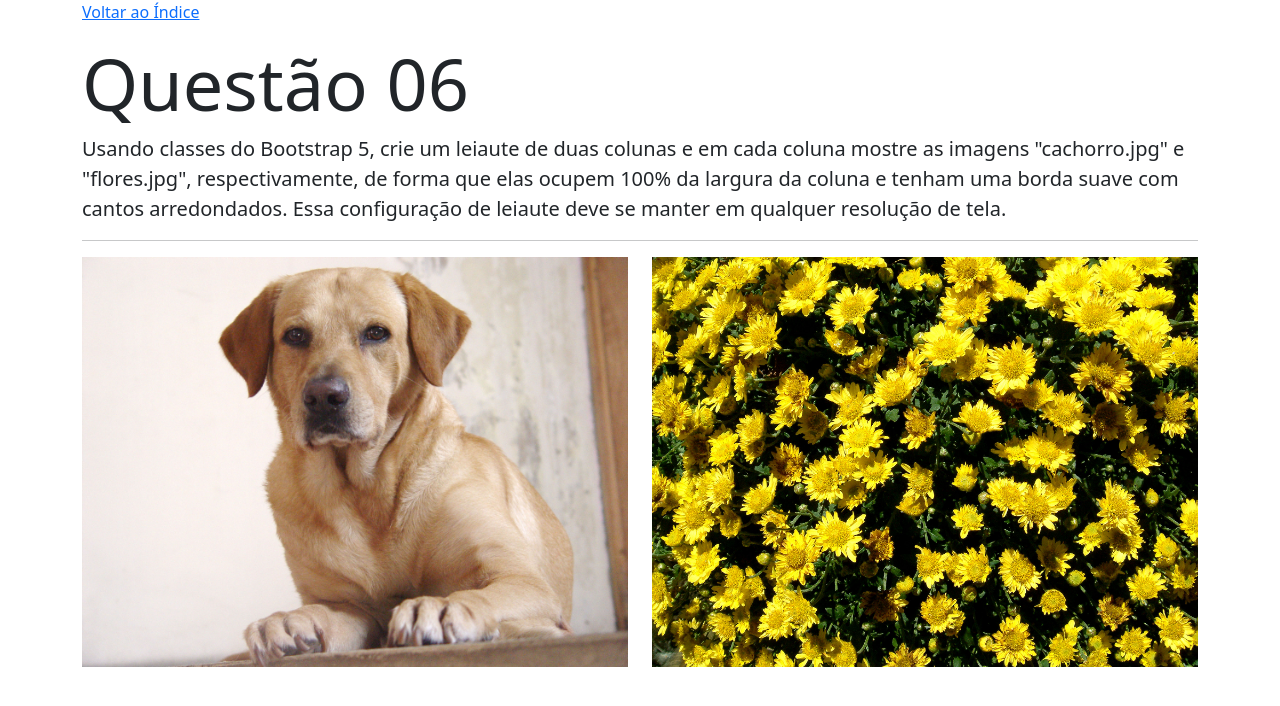
Repository: In-Game-full/Reprograme-se
Page: S-6-InicioBootstrap5/Atividade-pratica-da-semana-1-de-Bootstrap-5-In-Game-full/questao06.html
The author's editor kept a copy of each file at every save. The page is drawn from the files as they stood at one save, then again after a run of saves.
The browser window is 1280 px wide. The pictures show the whole page.

Above is the page before, as saved 2023-08-28 21:45:32.

After the next 2 saves:
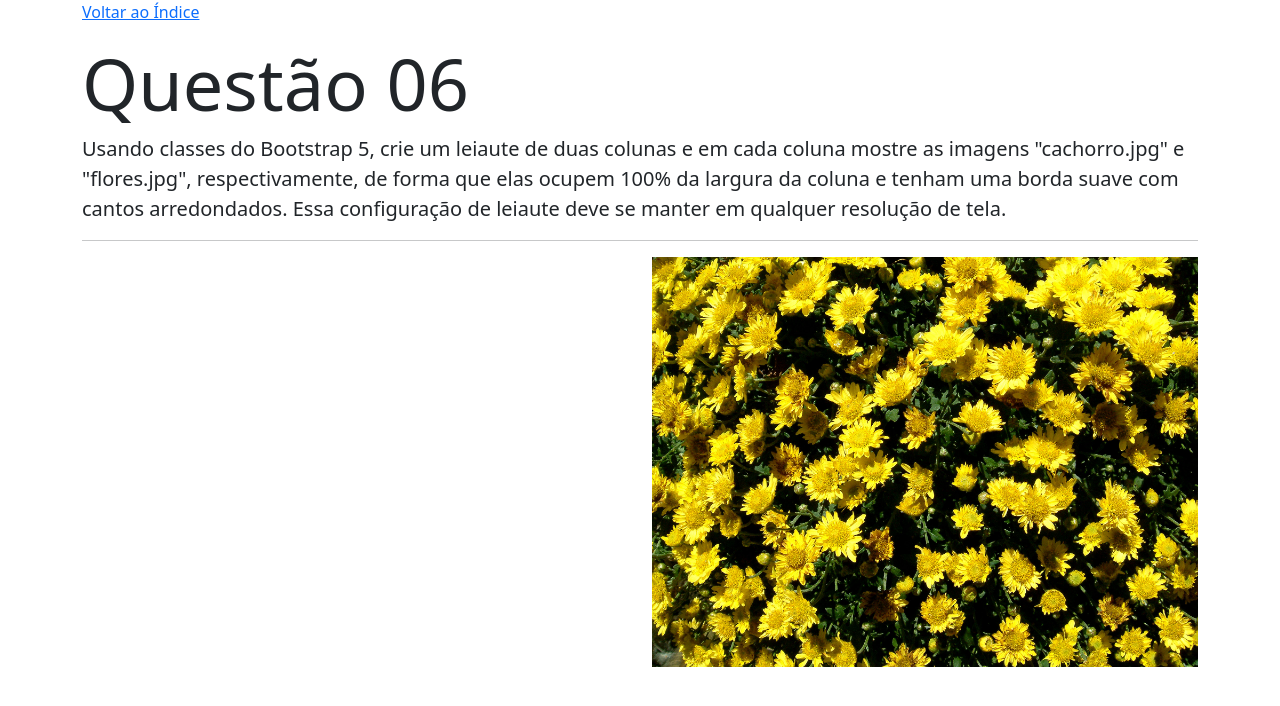
The 2 saves are shown as one change because they came seconds apart.
The last was saved 9 s later.
--- a/S-6-InicioBootstrap5/Atividade-pratica-da-semana-1-de-Bootstrap-5-In-Game-full/questao06.html
+++ b/S-6-InicioBootstrap5/Atividade-pratica-da-semana-1-de-Bootstrap-5-In-Game-full/questao06.html
@@ -25,7 +25,7 @@
 
         <div class="row">
             <div class=" col-6">
-                <img class="img-fluid img-rounded" src="./cachorro.jpg" alt="">
+                <img class="img-fluid img-thumbnailrc="./cachorro.jpg" alt="">
             </div>
             <div class=" col-6 ">
                 <img class="img-fluid img-rounded" src="./flores.jpg" alt="">

After the save that followed:
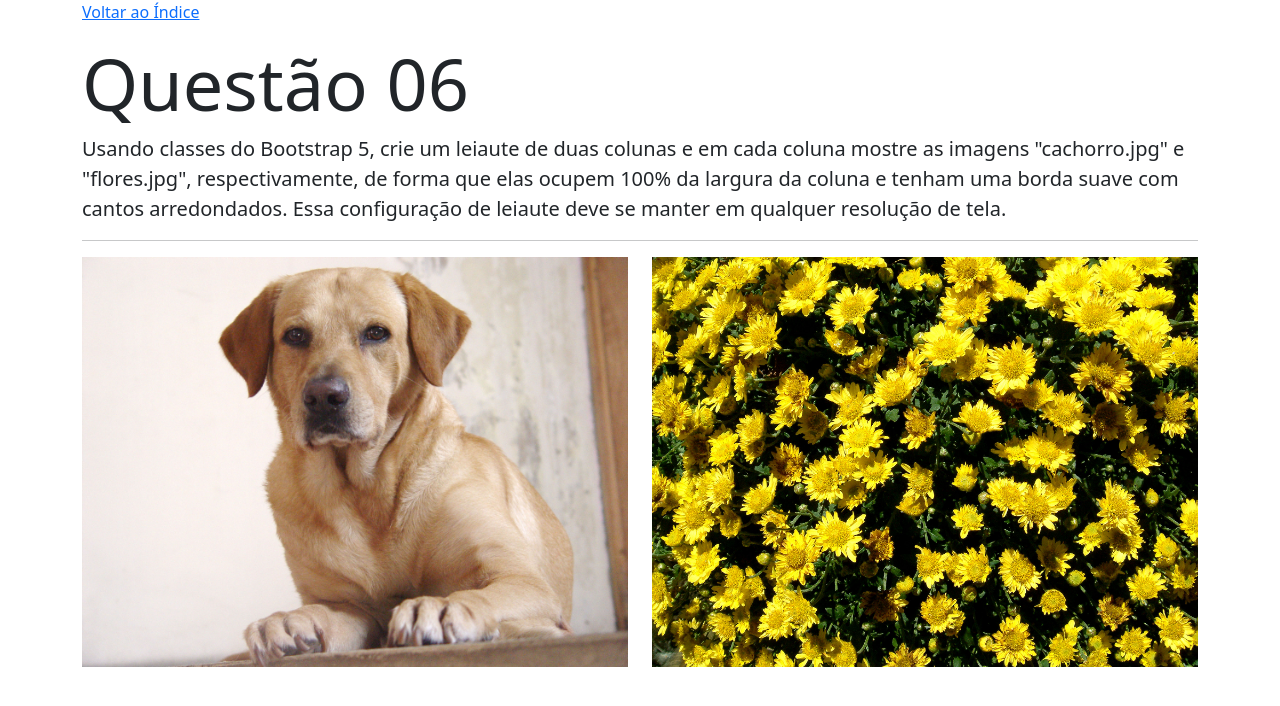
Saved 4 s later.
--- a/S-6-InicioBootstrap5/Atividade-pratica-da-semana-1-de-Bootstrap-5-In-Game-full/questao06.html
+++ b/S-6-InicioBootstrap5/Atividade-pratica-da-semana-1-de-Bootstrap-5-In-Game-full/questao06.html
@@ -25,7 +25,7 @@
 
         <div class="row">
             <div class=" col-6">
-                <img class="img-fluid img-thumbnailrc="./cachorro.jpg" alt="">
+                <img class="img-fluid img-rounded" src="./cachorro.jpg" alt="">
             </div>
             <div class=" col-6 ">
                 <img class="img-fluid img-rounded" src="./flores.jpg" alt="">
